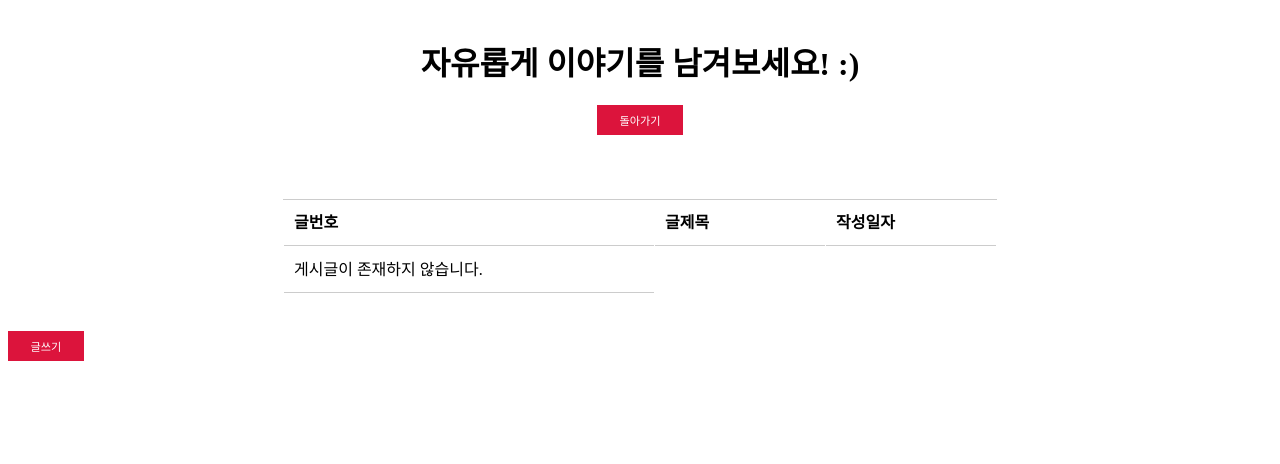
Repository: minkyung0421/NMT_Project
Page: http://localhost/MyPage_Project/list.jsp
The author's editor kept a copy of each file at every save. The page is drawn from the files as they stood at one save, then again after the next save.
The browser window is 1280 px wide. The pictures show the whole page.
The page is served by Tomcat 9. Queries for data that is not in the repository find no rows.

Above is the page before, as saved 2018-08-30 23:16:18.

After the next save:
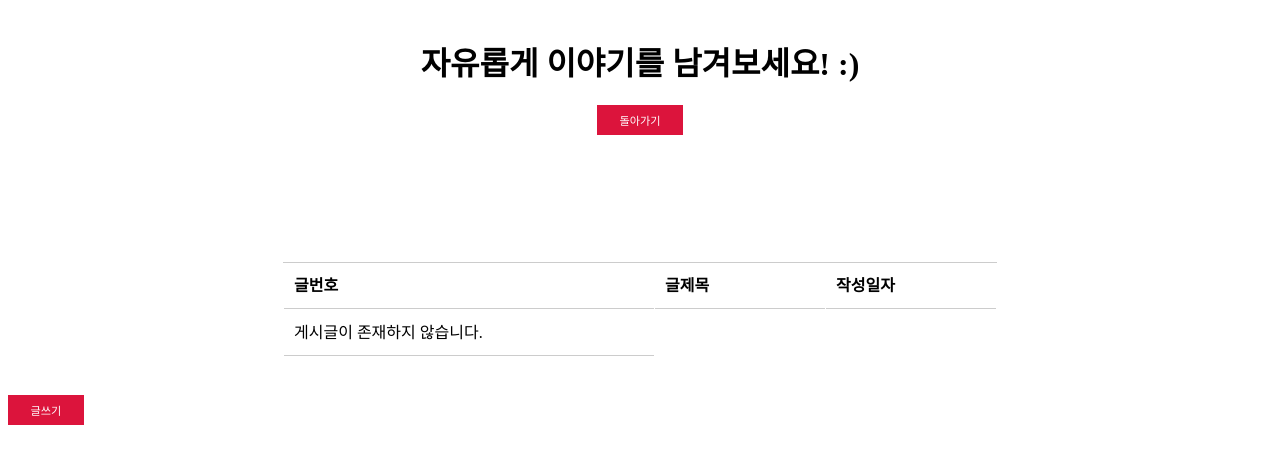
Saved 26 s later.
--- a/NMT_Project/MyPage_Project/WebContent/list.jsp
+++ b/NMT_Project/MyPage_Project/WebContent/list.jsp
@@ -14,7 +14,7 @@
     text-align: left;
     line-height: 1.5;
     border-top: 1px solid #ccc;
-    margin-top:5%;
+    margin-top:10%;
 
 }
 table.type04 th {
